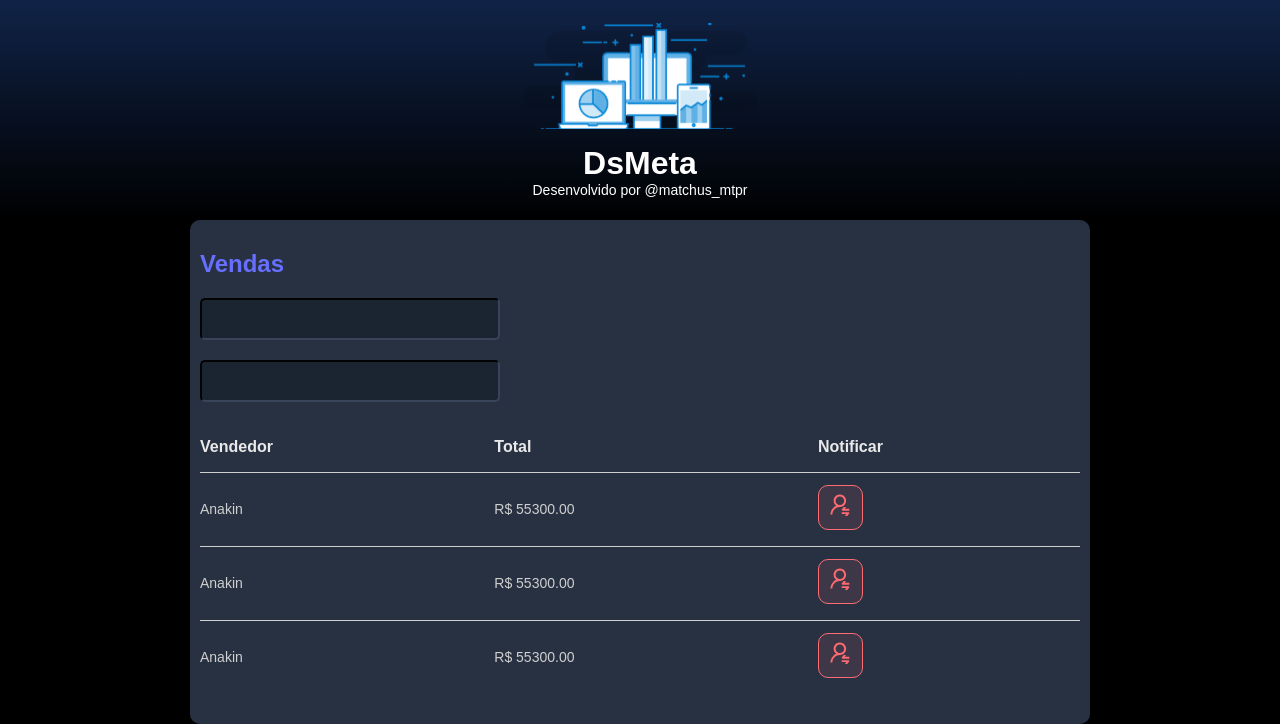
Repository: MatheusAlvesPereiraRosa/ds-meta
Page: index.html
These files come from the project's save history. The page is drawn as it stood at one moment and after the next save; the edit follows.
The browser window is 1280 px wide. The pictures show the whole page.

Above is the page before, as saved 2022-09-05 16:37:01.

### index.html
<!DOCTYPE html>
<html lang="en">
  <head>
    <meta charset="UTF-8" />
    <meta http-equiv="X-UA-Compatible" content="IE=edge" />
    <meta name="viewport" content="width=device-width, initial-scale=1.0" />
    <title>Document</title>

    <link rel="stylesheet" href="styles.css" />
  </head>

  <body>
    <header>
      <div class="dsmeta-logo-container">
        <img src="logo.svg" alt="Logo" />
        <h1>DsMeta</h1>
        <p>
          Desenvolvido por
          <a href="https://www.instagram.com/matchus_mtpr">@matchus_mtpr</a>
        </p>
      </div>
    </header>

    <main>
      <section id="sales">
        <div class="dsmeta-container">
          <div class="dsmeta-card">
            <h2 class="dsmeta-sales-title">Vendas</h2>
            <div>
              <div class="dsmeta-form-control-container">
                <input class="dsmeta-form-control" type="text" />
              </div>
              <div class="dsmeta-form-control-container">
                <input class="dsmeta-form-control" type="text" />
              </div>
            </div>

            <div>
              <table class="dsmeta-sales-table">
                <thead>
                  <tr>
                    <td>Vendedor</td>
                    <td>Total</td>
                    <td>Notificar</td>
                  </tr>
                </thead>
                <tbody>
                  <tr>
                    <td>Anakin</td>
                    <td>R$ 55300.00</td>
                    <td><img src="icon.svg" alt="Notificar" /></td>
                  </tr>
                  <tr>
                    <td>Anakin</td>
                    <td>R$ 55300.00</td>
                    <td><img src="icon.svg" alt="Notificar" /></td>
                  </tr>
                  <tr>
                    <td>Anakin</td>
                    <td>R$ 55300.00</td>
                    <td><img src="icon.svg" alt="Notificar" /></td>
                  </tr>
                </tbody>
              </table>
            </div>
          </div>
        </div>
      </section>
    </main>
  </body>
</html>

### styles.css
@import url('https://fonts.googleapis.com/css2?family=Roboto:wght@300&display=swap');

* {
    font-family: 'Rotobto', sans-serif;
    box-sizing: border-box;
    margin: 0;
    padding: 0;
}

header {
    background: linear-gradient(180deg, #102347 0%, transparent);
    height: 220px;
    display: flex;
    align-items: center;
    justify-content: center;
}

body, html {
    background-color: black;
    color: #fff;
}

a, a:hover, a:visited {
    color: unset;
    text-decoration: none;
}

.dsmeta-logo-container {
    display: flex;
    flex-direction: column;
    align-items: center;
}

.dsmeta-logo-container img{
    width: 235px;
}

.dsmeta-logo-container h1{
    margin-top: 15px;
}

.dsmeta-logo-container p{
    font-size: 14px;
    font-weight: 300;
}

.dsmeta-card {
    background-color: #283142;
    border-radius: 10px;
    padding: 30px 10px;
}

.dsmeta-container {
    width: 100%;
    max-width: 900px;
    margin: 0 auto;
}

#id {
    padding: 40px 10px;
}

.dsmeta-sales-title {
    color: #676FFF;
    font-size: 24px;
    margin-bottom: 20px;
}

.dsmeta-form-control {
    height: 36px;
    background-color: #1B2531;
    width: 100%;
    max-width: 300px;
    border-radius: 5px;
    border-color: #384459;
    color: #9AAABE;
    padding: 19px 20px;
    font-size: 18px;
}

.dsmeta-sales-table {
    width: 100%;
    border-spacing: 0;
    border-collapse: collapse;
}

.dsmeta-sales-table thead{
    height: 50px;
    font-size: 16px;
    color: #E9E9E9;
    font-weight: 600;
}

.dsmeta-sales-table tbody{
    font-weight: 400;
    font-size: 14px;
    color: #CFCFCF;
}

.dsmeta-sales-table tbody tr {
    height: 74px;
    border-top: 1px solid;
    border-top-color: ;
}

.dsmeta-form-control-container {
    margin-bottom: 20px;
}

After the next save:
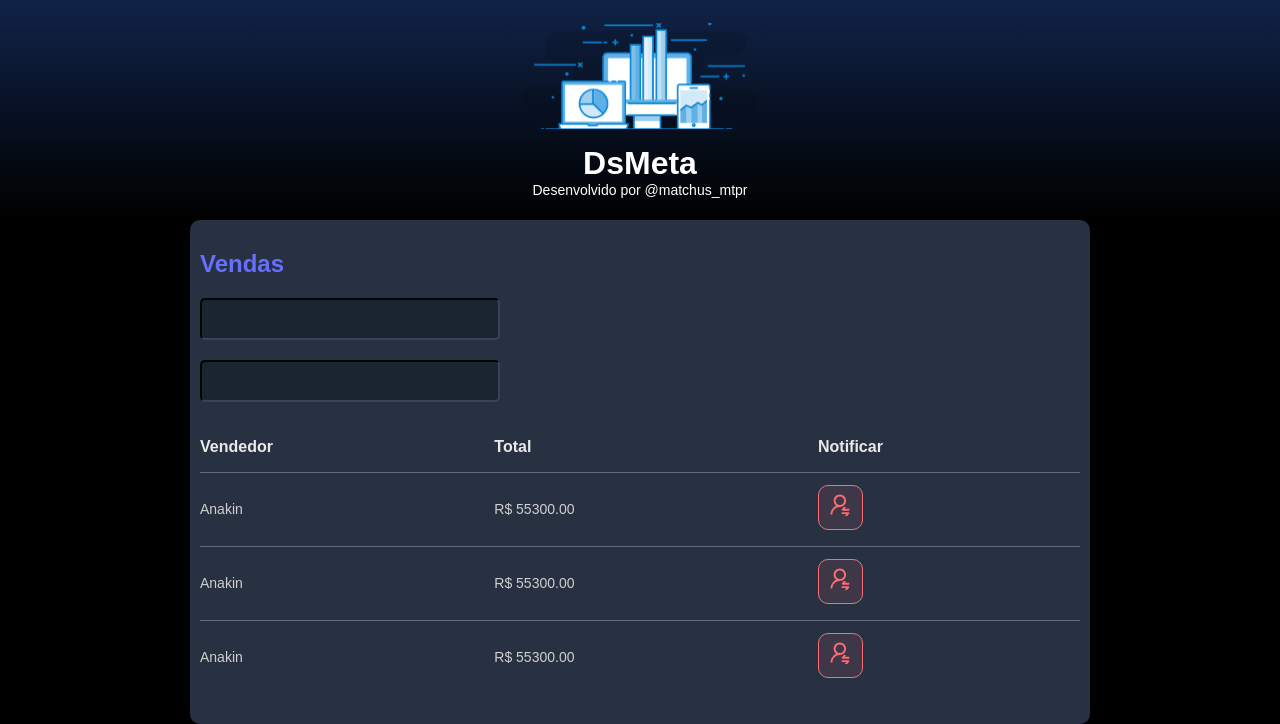
Saved 22 s later.
--- a/styles.css
+++ b/styles.css
@@ -99,8 +99,7 @@ a, a:hover, a:visited {
 
 .dsmeta-sales-table tbody tr {
     height: 74px;
-    border-top: 1px solid;
-    border-top-color: ;
+    border-top: 1px solid #5F6E82;
 }
 
 .dsmeta-form-control-container {
